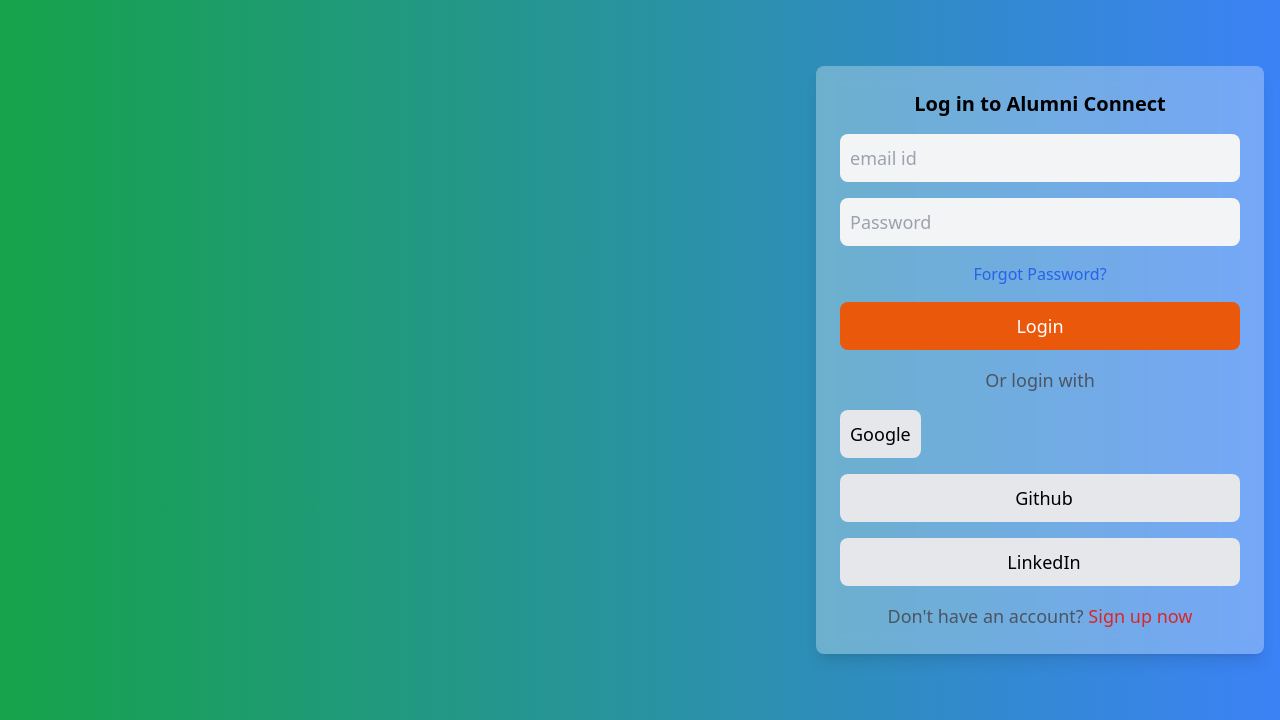
Repository: ptsdpatient/SIH24
Page: /login (app in frontend/)
The author's editor kept a copy of each file at every save. The page is drawn from the files as they stood at one save, then again after the next save.
The browser window is 1280 px wide. The pictures show the whole page.
The page's requests for data from a server got no answer. Some web libraries are served in a nearby version. The project was rebuilt for these pictures with package versions that can differ from the ones it lists, and the page was loaded fresh each time. The framework's server and built-in components were replaced by stand-ins that run in the browser. No one was signed in, and anything a server would have sent is missing.

Above is the page before, as saved 2024-09-14 15:59:08.

### frontend/src/app.html
<!doctype html>
<html lang="en">
	<head>
		<script src="https://accounts.google.com/gsi/client" async defer></script>
		<script src="https://cdn.tailwindcss.com"></script>

		<meta charset="utf-8" />
		<link rel="icon" href="%sveltekit.assets%/favicon.png" />
		<meta name="viewport" content="width=device-width, initial-scale=1" />
		%sveltekit.head%
	</head>
	<body data-sveltekit-preload-data="hover">
		<div style="display: contents">%sveltekit.body%</div>
	</body>
</html>

### frontend/src/routes/login/+page.svelte
<script>
    import {onMount} from 'svelte'
    const apiKey = import.meta.env.VITE_API_KEY;

    let email = '';
    let password = '';
    let enableTokenDebugging = false;


    async function authenticateToken(token){
        try{
            const response = await fetch((apiKey+'authenticateToken'), {
                method: 'GET',
                headers: {
                    'Content-Type': 'application/json',
                    'Authorization': `Bearer ${token}`
                },

            })

            const data = await response.json();

            if(data.auth){
              window.location.href = data.admin?'/admin':'/home'
            }

        }catch(err){
            alert("your session has expired, please login again")
        }
    }

    async function handleLogin() {
      const loginData = {
        email: email,
        password: password
      };

      try {
        const response = await fetch((apiKey+'login'), {
          method: 'POST',
          headers: {
          'Content-Type': 'application/json'
          },
          body: JSON.stringify(loginData),
        });

        if (!response.ok) {
          alert("failed")
          throw new Error('Login failed');
        }


        const data = await response.json();

        if(data.token) {
          localStorage.setItem('token', data.token);
        }

        if(data.user.isAdmin>0)admin=true

        window.location.href = '/home'

        console.log('Login successful:', data);
      } catch (error) {
        console.error('Error during login:', error);
      }
    }


    onMount(()=>{
         const token = localStorage.getItem('token');
         if(token) {
            authenticateToken(token)
         }
    })

  </script>


<div class="flex flex-col md:flex-row justify-end bg-gradient-to-r from-green-600 to-blue-500" style="width:100vw;height:100svh">

    <div class=" absolute md:relative flex items-center justify-center p-4">
        <div class="bg-white bg-opacity-30 backdrop-blur rounded-lg shadow-lg p-6 max-w-md w-full animate-fadeIn">
            <p id="login" class="text-center text-xl font-semibold">Log in to Alumni Connect</p>
            <div action="" class="mt-4">
                <input bind:value={email} type="email" id="username" name="username" placeholder="email id"  required class="w-full p-2.5 mb-4 border-none rounded-lg text-lg bg-gray-100 outline-none">
                <input bind:value={password} type="password" id="password" name="password" placeholder="Password" required class="w-full p-2.5 mb-4 border-none rounded-lg text-lg bg-gray-100 outline-none">
                <p class="text-gray-600 text-center mb-4">
                    <a href="forgot_password.html" class="text-blue-600">Forgot Password?</a>
                </p>


                <button on:click={()=>handleLogin()} class="w-full p-2.5 mb-4 border-none rounded-lg text-lg bg-orange-600 text-white cursor-pointer">Login</button>


                <p id="suggest" class="text-gray-600 text-center text-lg mb-4">Or login with</p>
                <button class="w- p-2.5 mb-4 border-none rounded-lg text-lg bg-gray-200 flex items-center justify-center">
                    <img src="" alt=""> Google
                </button>
                <button class="w-full p-2.5 mb-4 border-none rounded-lg text-lg bg-gray-200 flex items-center justify-center">
                    <i class="fa-brands fa-github mr-2"></i> Github
                </button>
                <button class="w-full p-2.5 mb-4 border-none rounded-lg text-lg bg-gray-200 flex items-center justify-center">
                    <i class="fa-brands fa-linkedin mr-2"></i> LinkedIn
                </button>
                <p id="suggest" class="text-gray-600 text-center text-lg">Don't have an account?
                    <a href="login.svelte" id="signup" class="text-red-600">Sign up now</a>
                </p>
              </div>
        </div>
    </div>




</div>

After the next save:
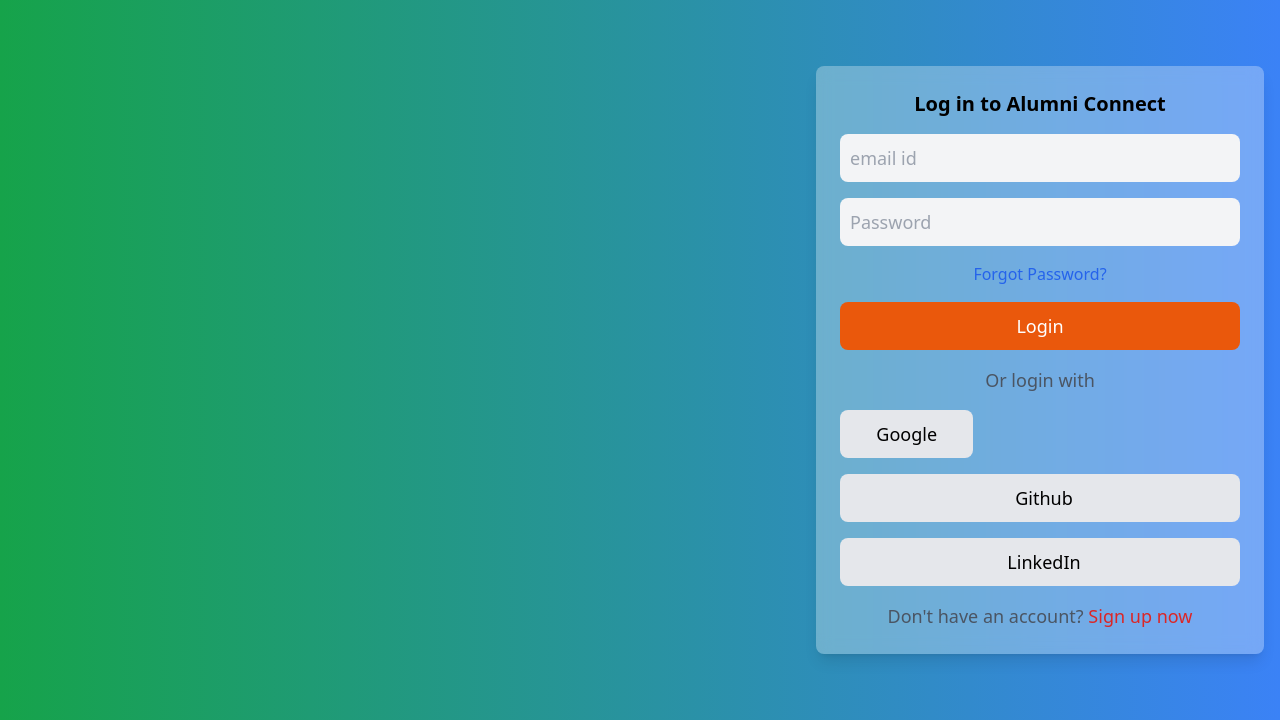
Saved 7 s later.
--- a/frontend/src/routes/login/+page.svelte
+++ b/frontend/src/routes/login/+page.svelte
@@ -94,7 +94,7 @@
 
 
                 <p id="suggest" class="text-gray-600 text-center text-lg mb-4">Or login with</p>
-                <button class="w- p-2.5 mb-4 border-none rounded-lg text-lg bg-gray-200 flex items-center justify-center">
+                <button class="w-1/3 p-2.5 mb-4 border-none rounded-lg text-lg bg-gray-200 flex items-center justify-center">
                     <img src="" alt=""> Google
                 </button>
                 <button class="w-full p-2.5 mb-4 border-none rounded-lg text-lg bg-gray-200 flex items-center justify-center">
